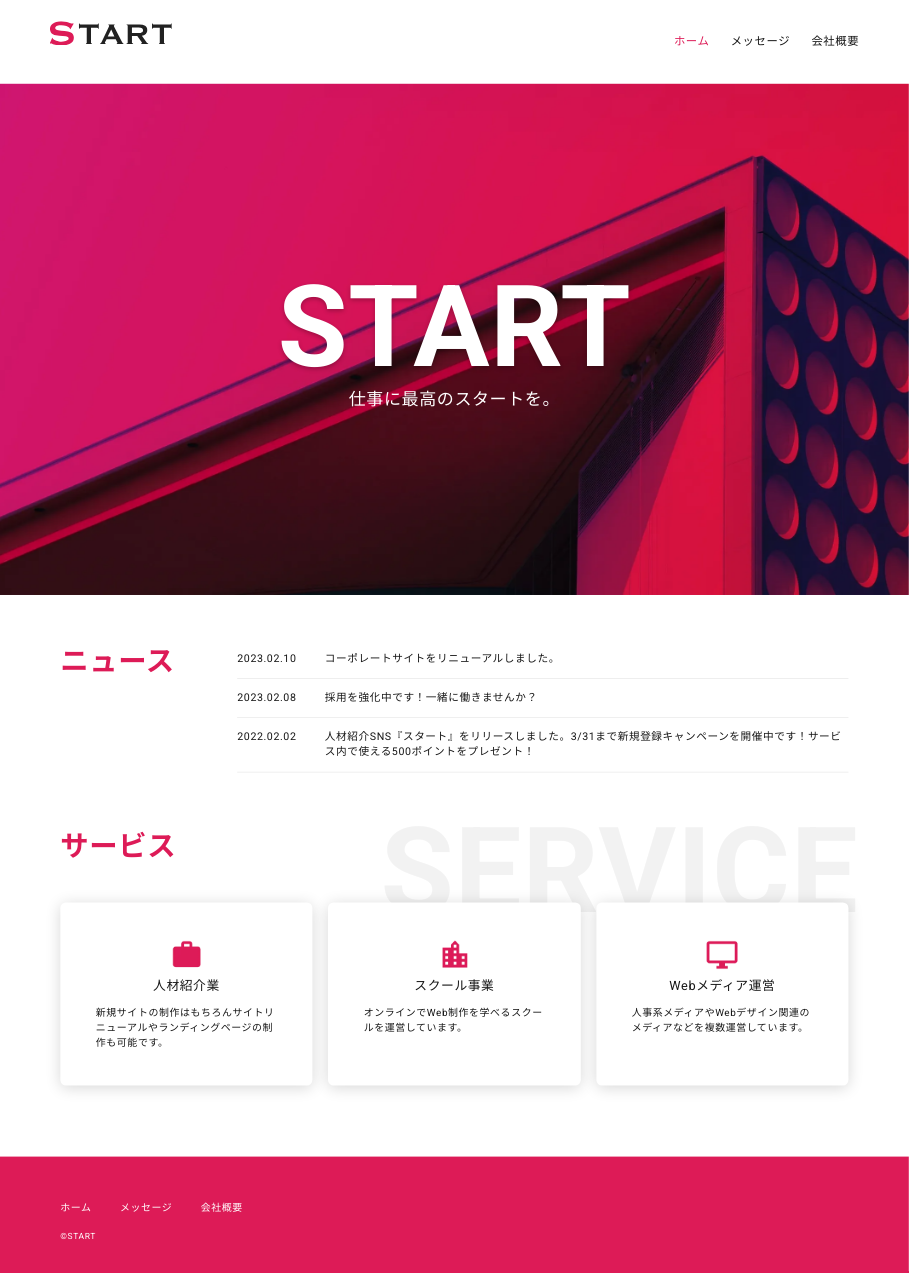
Repository: tetishi/tetishi.github.io
Page: index.html
An editor plug-in stored every save of this project. The page is shown before and after a run of saves, followed by the edit.
The browser window is 1280 px wide. The pictures show the whole page, at 71% of full size.

Above is the page before, as saved 2023-07-02 21:36:13.

### index.html
<!DOCTYPE html>
<html lang="en">
<head>
    <meta charset="UTF-8">
    <meta http-equiv="X-UA-Compatible" content="IE=edge">
    <meta name="viewport" content="width=device-width, initial-scale=1.0">
    <title>Start</title>
    <!-- <link rel="stylesheet" type="text/css" href="http://yui.yahooapis.com/3.18.1/build/cssreset/cssreset-min.css"> -->
    <link rel="preconnect" href="https://fonts.googleapis.com">
    <link rel="preconnect" href="https://fonts.gstatic.com" crossorigin>
    <link href="https://fonts.googleapis.com/css2?family=Noto+Sans+JP:wght@500;700&family=Roboto:wght@400;700&display=swap" rel="stylesheet">
    <link rel="icon" href="img/favicon.ico">
    <link rel="stylesheet" href="./css/reset.css">
    <link rel="stylesheet" href="./css/style.css">
</head>
<body>
    <header class="header">
        <div class="header-inner">
            <h2 class="nav-title">
                <a href="./index.html">
                    <img src="img/logo.svg" alt="START">
                    <img src="" alt="">
                </a>
            </h2>
            <nav class="header-nav">
                <ul class="header-list">
                    <li class="header-item">
                        <a href="./index.html" class="text-red">ホーム</a>
                    </li>
                    <li class="header-item">
                        <a href="./message.html">メッセージ</a>
                    </li>
                    <li class="header-item">
                        <a href="./company.html">会社概要</a>
                    </li>
                </ul>
            </nav>
            <button class="hamburger-btn">
                <span class="bar bar_top"></span>
                <span class="bar bar_mid"></span>
                <span class="bar bar_bottom"></span>
            </button>
        </div>
    </header>

    <main>
        <!-- fv -->
        <div class="fv">
            <div class="fv_img">
                <picture>
                    <source srcset="./img/fv.webp" type="image/webp">
                    <img src="./img/fv.jpg" alt="STARTの赤いイメージ背景">
                </picture>
            </div>
            <div class="sp_fv_img">
                <picture>
                    <source srcset="./img/sp_fv.webp" type="image/webp">
                    <img src="./img/sp_fv.jpg" alt="STARTの赤いイメージ背景">
                </picture>
            </div>
            <!-- page-title-wrapper -->
            <div class="page-title-wrapper">
                <h1 class="page-title">START</h1>
                <div class="page-title-bottom">仕事に最高のスタートを。</div>
                <!-- /.page-title-bottom -->
            </div>
        </div>

        <!-- news -->
        <section id="news" class="section-wrapper news-wrapper">
            <div class="section-inner news-inner">
                <h2 class="section-title news-title">
                    ニュース
                </h2>
                <div class="news-container">
                    <ul class="news-list">
                        <li class="news-item">
                            <time datetime="2023.02.10">2023.02.10</time>
                            <a href="#news">コーポレートサイトをリニューアルしました。</a>
                        </li>
                        <li class="news-item">
                            <time datetime="2023.02.08">2023.02.08</time>
                            <a href="#news">採用を強化中です！一緒に働きませんか？</a>
                        </li>
                        <li class="news-item">
                            <time datetime="2022.02.02">2022.02.02</time>
                            <a href="#news">人材紹介SNS『スタート』をリリースしました。3/31まで新規登録キャンペーンを開催中です！サービス内で使える500ポイントをプレゼント！</a>
                        </li>
                    </ul>
                </div>
                <!-- /.news-container -->
            </div>
            <!-- /.section-inner -->
        </section>

        <!-- service -->
        <section id="service" class="section-wrapper service-wrapper">
            <div class="section-inner">
                <h2 class="section-title text-right text-white">サービス</h2>
                <h2 class="upper-text text-white">SERVICE</h2>
                <ul class="service-list">
                    <li class="service-item">
                            <picture>
                                <source srcset="./img/bag.webp" type="image/webp">
                                <img src="./img/bag.png" alt="手提げ鞄">
                            </picture>
                            <h3 class="service-item-title">人材紹介業</h3>
                            <p class="service-item-text">
                                新規サイトの制作はもちろんサイトリニューアルやランディングページの制作も可能です。
                            </p>
                    </li>
                    <li class="service-item">
                            <picture>
                                <source srcset="./img/school.webp" type="image/webp">
                                <img src="./img/school.png" alt="スクール">
                            </picture>
                            <h3 class="service-item-title">スクール事業</h3>
                            <p class="service-item-text">
                                オンラインでWeb制作を学べるスクールを運営しています。
                            </p>
                    </li>
                    <li class="service-item">
                            <picture>
                                <source srcset="./img/web.webp" type="image/webp">
                                <img src="./img/web.png" alt="モニター">
                            </picture>
                            <h3 class="service-item-title">Webメディア運営</h3>
                            <p class="service-item-text">
                                人事系メディアやWebデザイン関連のメディアなどを複数運営しています。
                            </p>
                    </li>
                </ul>
            </div>
            <!-- /.section-inner -->
        </section>

    </main>


    <footer class="footer">
        <div class="section-inner">
            <nav class="footer-nav">
                <ul class="footer-nav-list">
                    <li class="footer-nav-item"><a href="./index.html">ホーム</a></li>
                    <li class="footer-nav-item"><a href="./message.html">メッセージ</a></li>
                    <li class="footer-nav-item"><a href="./company.html">会社概要</a></li>
                </ul>
            </nav>
            <small>&copy;START</small>
        </div>
    </footer>

    <script src="https://ajax.googleapis.com/ajax/libs/jquery/3.6.0/jquery.min.js"></script>
    <script src="js/script.js"></script>
</body>
</html>

### css/reset.css
/*
html5doctor.com Reset Stylesheet
v1.6.1
Last Updated: 2010-09-17
Author: Richard Clark - http://richclarkdesign.com
Twitter: @rich_clark
*/

* {
    box-sizing: border-box;
}

html,
body,
div,
span,
object,
iframe,
h1,
h2,
h3,
h4,
h5,
h6,
p,
blockquote,
pre,
abbr,
address,
cite,
code,
del,
dfn,
em,
img,
ins,
kbd,
q,
samp,
small,
strong,
sub,
sup,
var,
b,
i,
dl,
dt,
dd,
ol,
ul,
li,
fieldset,
form,
label,
legend,
table,
caption,
tbody,
tfoot,
thead,
tr,
th,
td,
article,
aside,
canvas,
details,
figcaption,
figure,
footer,
header,
hgroup,
menu,
nav,
section,
summary,
time,
mark,
ruby,
audio,
video {
    margin: 0;
    padding: 0;
    border: 0;
    outline: 0;
    font-size: 100%;
    vertical-align: baseline;
    background: transparent;
}

body {
    line-height: 1.5;
}

img {
    width: 100%;
    height: auto;
    object-fit: cover;
}

button {
    background-color: transparent;
    border: none;
    cursor: pointer;
    outline: none;
    padding: 0;
    appearance: none;
}

article,
aside,
details,
figcaption,
figure,
footer,
header,
hgroup,
menu,
nav,
section {
    display: block;
}

nav ul {
    list-style: none;
}

li {
    list-style: none;
}

a {
    margin: 0;
    padding: 0;
    font-size: 100%;
    vertical-align: baseline;
    background: transparent;
}

input,
select {
    vertical-align: middle;
}

/*end reset css*/

### css/style.css
/* base */

html {
    font-size: 62.5%;
}
body {
    font-size: 1.6rem;
    letter-spacing: .05em;
    color: #171717;
    font-family: "Roboto", "Noto Sans JP", Arial, "Hiragino Kaku Gothic ProN", "Hiragino Sans", Meiryo, sans-serif;
}
img {
    vertical-align: bottom;
}
.section-inner {
    max-width: 1110px;
    margin: 0 auto;
}
.section-title {
    font-size: 4rem;
    color: #DD1B57;
    margin-bottom: 49px;
    /* width: 25%; */
    white-space: nowrap;
}
a {
    color: inherit;
    text-decoration: none;
}

.text-red {
    color: #DD1B57;
}

/* header */
.header {
    padding: 30px 70px;
    width: 100%;
}

.header a {
    text-decoration: none;
}
.header-inner {
    display: flex;
    justify-content: space-between;
    align-items: center;
}
.header-list {
    display: flex;
}
.header-item {
    margin-right: 30px;
}
.header-item:last-of-type {
    margin-right: 0;
}
.hamburger-btn {
    display: none;
}

/* fv */
.fv {
    height: 100vh;
    min-height: 550px;
    position: relative;
}
.fv img {
    height: 100vh;
    min-height: 550px;
    object-fit: cover;
}
.sp_fv_img {
    display: none;
}
.page-title-wrapper {
    position: absolute;
    left: 50%;
    top: 50%;
    color: #fff;
    transform: translate(-50%,-50%);
    line-height: 1;
}
.page-title {
    font-size: 16rem;
    font-weight: bold;
    margin-bottom: 10px;
    text-shadow: 0 4px 6px rgb(0 0 0 / 25%);
}
.page-title-bottom {
    font-size: 24px;
    text-align: center;
}

/* news */
.news-wrapper {
    margin: 64px 0 74px 0;
}
.news-inner {
    display: flex;
    column-gap: 88px;
}
.news-item {
    padding: 15px 0 16px 0;
    border-bottom: 1px solid #E8E8E8;
    display: flex;
    font-size: 1.5rem;
}
.news-item a {
    margin-left: 40px;
}

/* service */
.service-wrapper {
    margin-bottom: 100px;
}
.service-wrapper .section-inner {
    position: relative;
}
.upper-text {
    position: absolute;
    right: -14px;
    top: -60px;
    font-size: 16.8rem;
    font-weight: bold;
    color: #171717;
    margin: 0 auto;
    opacity: .05;
    z-index: 0;
}
.service-list {
    display: flex;
    justify-content: space-between;
    position: relative;
    z-index: 1;
}
.service-item {
    width: 32%;
    background-color: #fff;
    box-shadow: 0 3px 21px rgba(0, 0, 0, .16);
    border-radius: 8px;
}
.service-item img {
    width: 48px;
    display: block;
    margin: 0 auto;
    padding-top: 50px;
}
.service-item-title {
    text-align: center;
    font-size: 1.8rem;
    font-weight: normal;
    margin-top: 5px;
}
.service-item-text {
    padding: 15px 50px 50px 50px;
    font-size: 1.4rem;
}

/* footer */
.footer {
    background-color: #DD1B57;
    color: #fff;
    height: 164px;
}
.footer-nav-list {
    display: flex;
    font-size: 1.4rem;
    padding: 61px 0 17px;
}
.footer-nav-item {
    margin-right: 40px;
}
small {
    font-size: 1.2rem;
    margin-bottom: 50px;
}

@media screen and (max-width: 768px) {
    /* base_sp */
    .section-inner {
        padding: 0 20px;
    }
    .section-title {
        font-size: 3.2rem;
        margin-bottom: 19px;
        width: 100%;
    }

    /* header_sp */
    .header {
        padding: 0;
        z-index: 1;
        position: relative;
    }
    .nav-title {
        padding: 22px 20px;
    }
    .header-nav {
        display: none;
        position: fixed;
        top: 0;
        right: 0;
        width: 50%;
        height: 100vh;
        background-color: #DD1B57;
    }
    .header-list {
        height: 100%;
        flex-direction: column;
        padding: 96px 0 0 40px;
    }
    .text-red {
        color: #fff;
        opacity: .5;
    }
    .header-item {
        margin: 0 0 27px;
        color: #fff;
    }
    .header-item:last-of-type {
        margin-bottom: 0;
    }
    .hamburger-btn {
        display: block;
        background-color: #DD1B57;
        padding: 26px 16px;
        width: 60px;
    }
    .hamburger-btn .bar {
        display: block;
        width: 26px;
        height: 3px;
        background-color: #fff;
        transition: .3s;
    }
    .bar_mid,
    .bar_bottom {
        margin-top: 8px;
    }
    .hamburger-btn.cross .bar_top {
        transform: rotate(45deg) translate(8px, 8px);
        transition: .3s;
    }
    .hamburger-btn.cross .bar_middle {
        opacity: 0;
        transition: .3s;
    }
    .hamburger-btn.cross .bar_bottom {
        transform: rotate(-45deg) translate(8px, -8px);
        transition: .3s;
    }
    body.noscroll {
        overflow: hidden;
    }

    /* fv_sp */
    .fv_img {
        display: none;
    }
    .sp_fv_img {
        display: block;
    }
    .page-title {
        font-size: 8rem;
        font-weight: bold;
    }
    .page-title-bottom {
        font-size: 2rem;
    }

    /* news_sp */
    .news-wrapper {
        margin: 33px 0 58px 0;
    }
    .news-inner {
        display: block;
    }
    .news-item {
        flex-flow: column;
        padding: 20px 0 16px 0;
    }
    .news-item:first-child {
        padding: 0 0 16px 0;
    }
    .news-item a {
        margin-left: 0px;
        margin-top: 7px;
    }

    /* service_sp */
    .service-wrapper {
        margin-bottom: 60px;
    }
    .upper-text {
        right: 4px;
        top: -5px;
        font-size: 7rem;
    }
    .service-list {
        display: block;
    }
    .service-item {
        width: 100%;
        margin-bottom: 20px;
    }
    .service-item img {
        width: 60px;
        padding-top: 40px;
    }
    .service-item-title {
        margin-top: 7px;
    }
    .service-item-text {
        padding: 10px 30px 40px 30px;
    }

    /* footer_sp */
    .footer {
        height: 120px;
    }
    .footer-nav-list {
        font-size: 1.2rem;
        padding: 41px 0 19px;
    }
    .footer-nav-item {
        margin-right: 25px;
    }
    small {
        font-size: 1rem;
        margin-bottom: 29px;
    }
}

### js/script.js
//ハンバーガーボタン
$('.hamburger-btn').on('click', function() {
    $('.header-nav').fadeToggle(300);
    $(this).toggleClass('cross');
    $('body').toggleClass('noscroll');
});

After the next 4 saves:
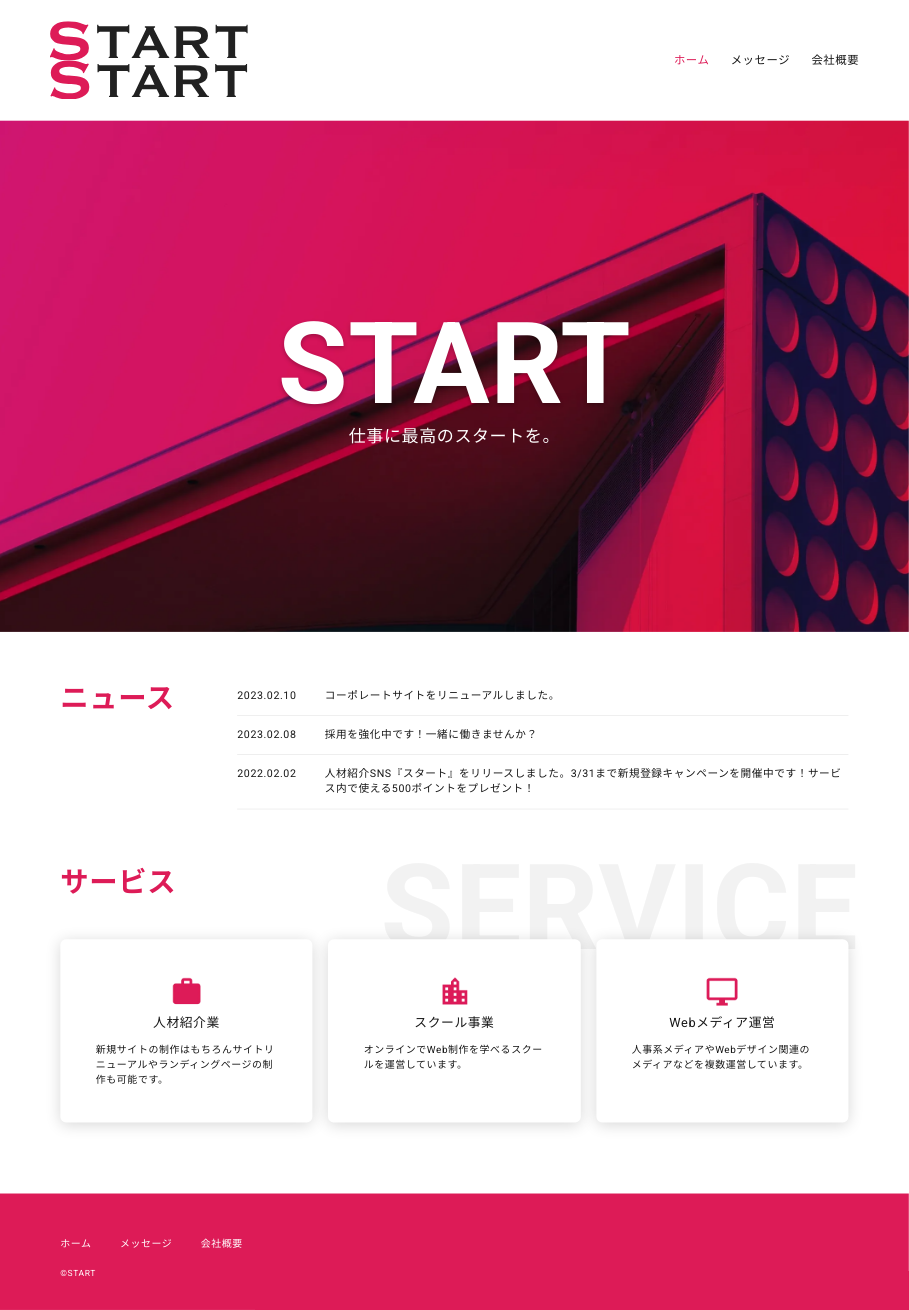
The 4 saves are shown as one change because they came seconds apart.
The last was saved 10 s later.
--- a/index.html
+++ b/index.html
@@ -19,7 +19,7 @@
             <h2 class="nav-title">
                 <a href="./index.html">
                     <img src="img/logo.svg" alt="START">
-                    <img src="" alt="">
+                    <img src="img/sp_logo.svg" alt="">
                 </a>
             </h2>
             <nav class="header-nav">
